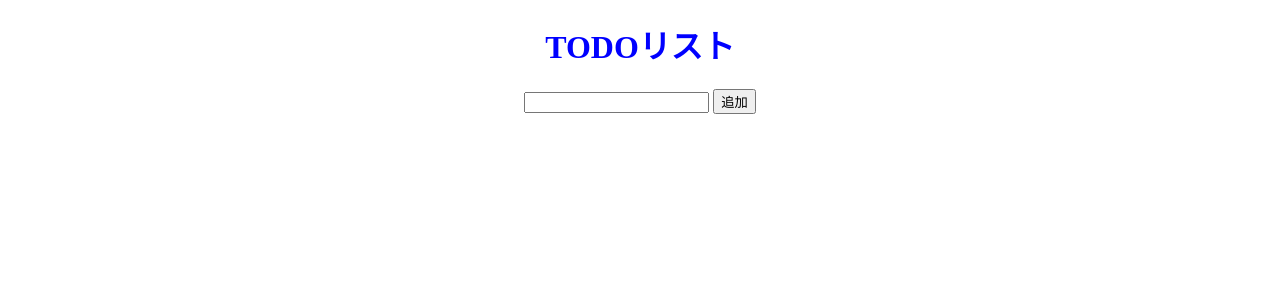
Repository: kntb2565/todolist
Page: src/index.html
The author's editor kept a copy of each file at every save. The page is drawn from the files as they stood at one save, then again after the next save.
The browser window is 1280 px wide. The pictures show the whole page.

Above is the page before, as saved 2018-10-21 14:14:16.

After the next save:
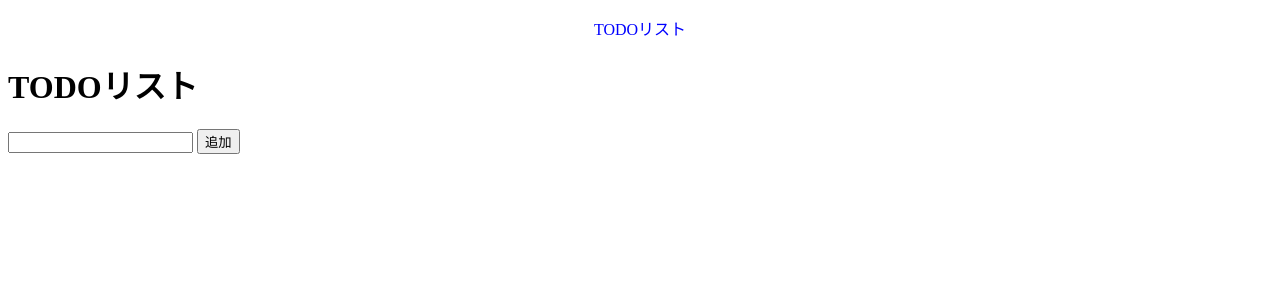
Saved 13 s later.
--- a/src/index.html
+++ b/src/index.html
@@ -6,9 +6,11 @@
   <link rel="stylesheet" href="css/styles.css" type="text/css">
 
 </head>
-<div class="todo">
+<body>
+<p class="todo">TODOリスト</p>
     <h1>TODOリスト</h1>
     <input type="text" />
     <input type="button" value="追加" />
 </div>
+</body>
 </html>

After the save that followed:
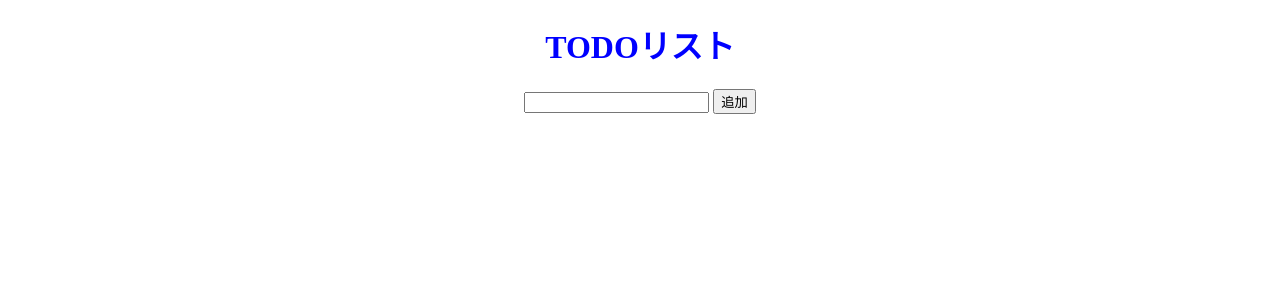
Saved 32 s later.
--- a/src/index.html
+++ b/src/index.html
@@ -7,7 +7,7 @@
 
 </head>
 <body>
-<p class="todo">TODOリスト</p>
+<div class="todo">
     <h1>TODOリスト</h1>
     <input type="text" />
     <input type="button" value="追加" />
